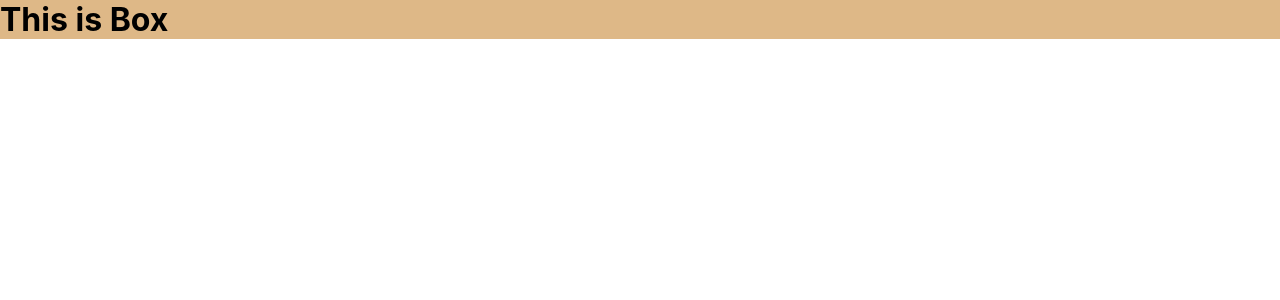
Repository: Prafullkuma/whatsappclon
Page: /
An editor plug-in stored every save of this project. The page is shown before and after the next save, followed by the edit.
The browser window is 1280 px wide. The pictures show the whole page.
The project was rebuilt for these pictures with package versions that can differ from the ones it lists, and the page was loaded fresh each time.

Above is the page before, as saved 2020-08-19 09:32:04.

### src/App.js
import React from 'react';
import './App.css';

function App() {
  return (
    <div className="App">
      <div classNmae="app__header">
        <h1> This is Box</h1>
      </div>
    </div>
  );
}

export default App;

### src/App.css
.App{
  background-color: burlywood;
}

Loaded but not shown: public/index.html (common file); src/index.js (common file); src/index.css (common file)

After the next save:
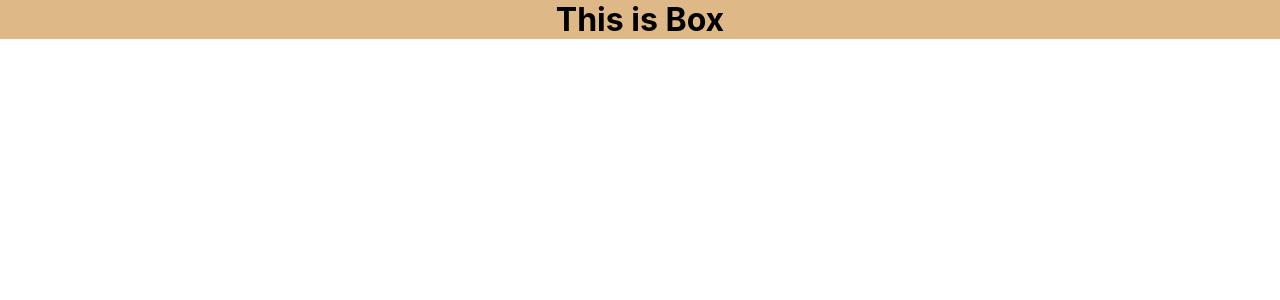
Saved 19 s later.
--- a/src/App.css
+++ b/src/App.css
@@ -1,3 +1,6 @@
 .App{
   background-color: burlywood;
+  display: grid;
+  place-items: center;
+
 }

After the 5 saves that followed:
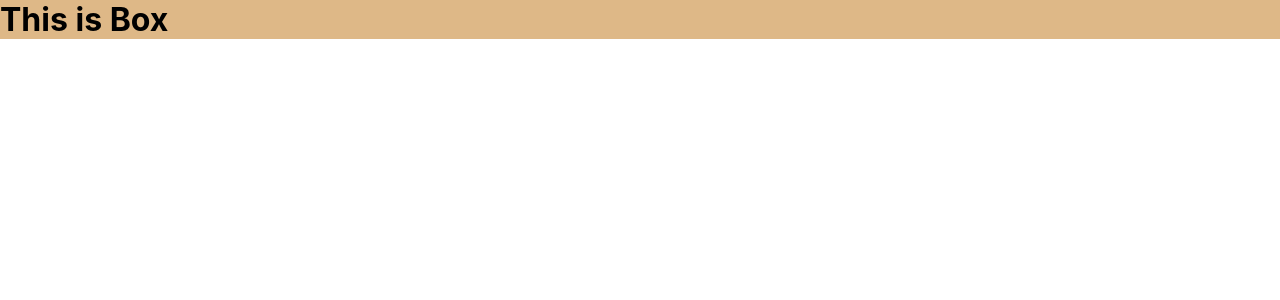
The 5 saves are shown as one change because 4 left the picture as it was.
The last was saved 2 min 19 s later.
--- a/src/App.css
+++ b/src/App.css
@@ -1,6 +1,9 @@
 .App{
   background-color: burlywood;
-  display: grid;
-  place-items: center;
 
 }
+.app__header{
+  height: 90vh;
+  width: 80vh;
+  box-shadow:red;
+}
